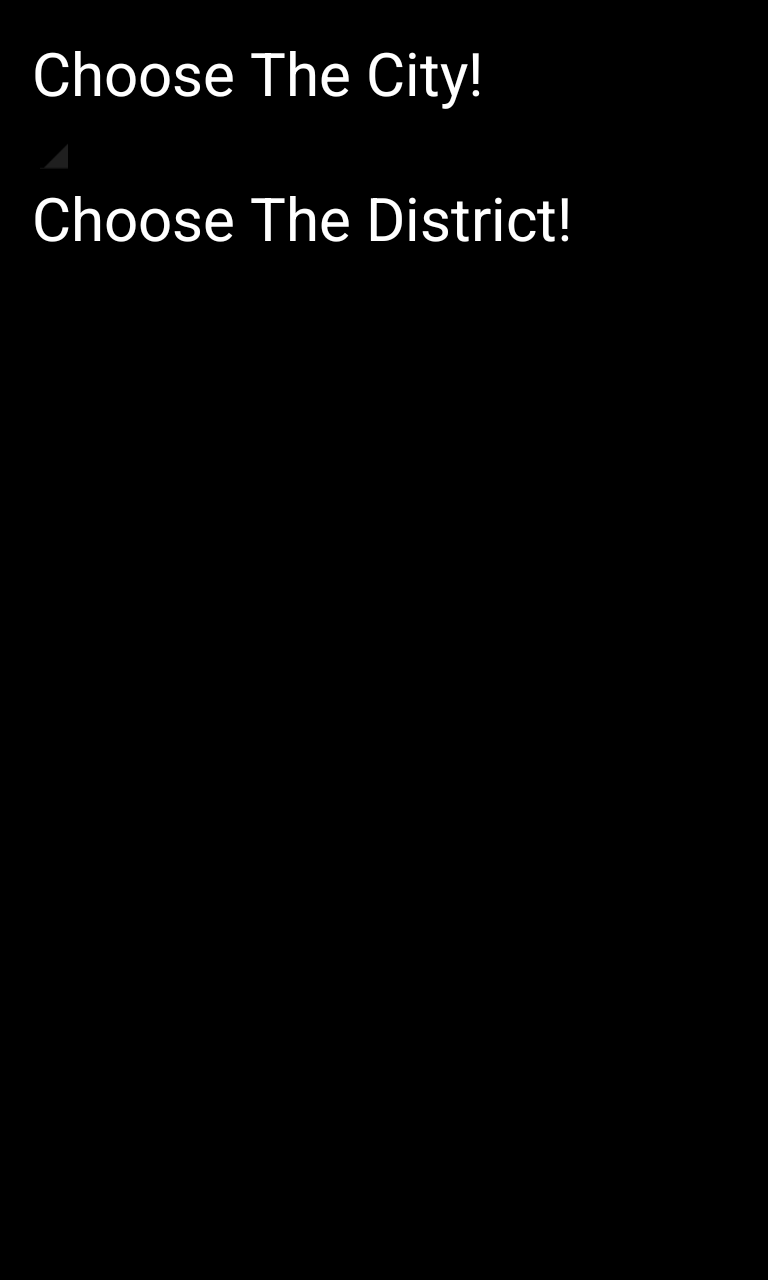
Repository: FreeGeng/2014NCU-Algorithm
Layout: Android_lookForCoffee/res/layout/look_for_coffee_gui.xml
These files come from the project's save history. The layout is drawn as it stood at one moment and after the next save; the edit follows.
It is drawn on a 768 x 1280 px phone screen (xhdpi) without system bars, with theme AppTheme; the app's code is not run.

Above is the layout before, as saved 2014-12-03 12:31:51.

After the next save:
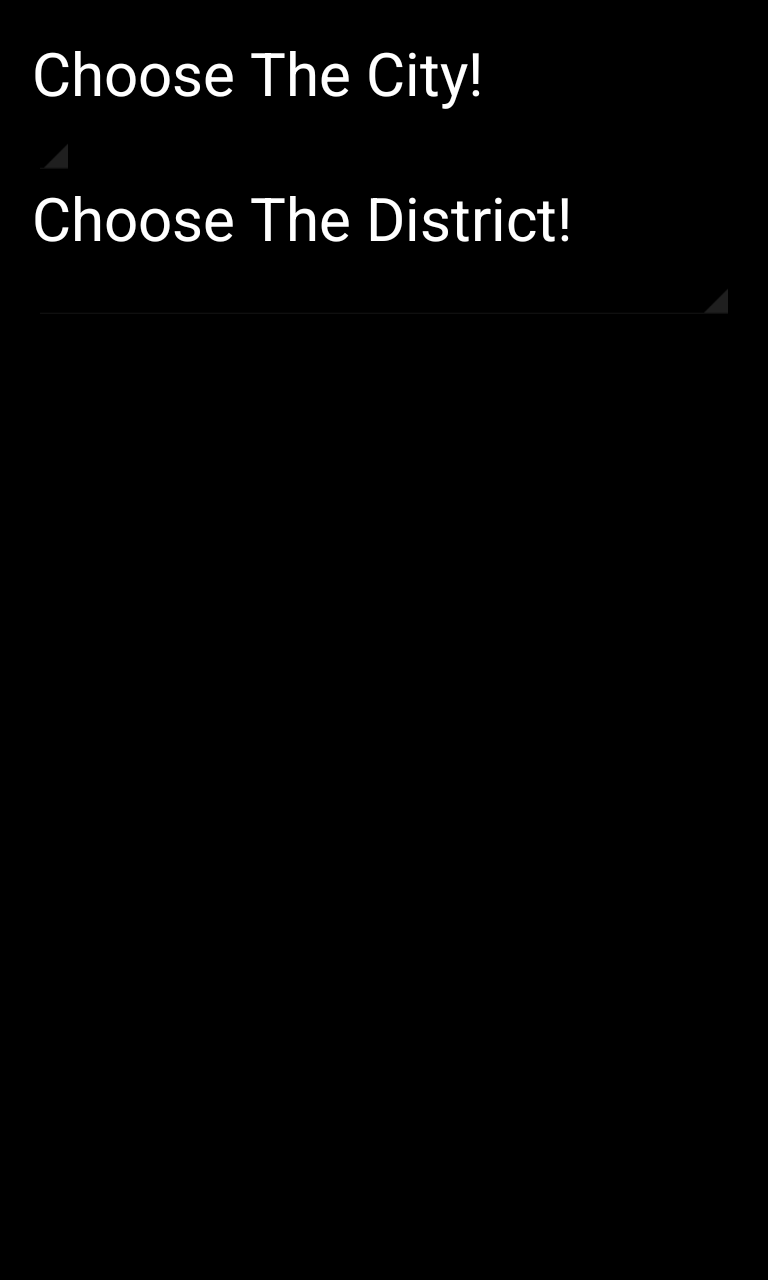
Saved 112 s later.
--- a/Android_lookForCoffee/res/layout/look_for_coffee_gui.xml
+++ b/Android_lookForCoffee/res/layout/look_for_coffee_gui.xml
@@ -32,4 +32,9 @@
         android:textColor="#FFFFFF"
         android:textSize="30dp"/>
 
+    <Spinner
+        android:id="@+id/spinner2"
+        android:layout_width="match_parent"
+        android:layout_height="wrap_content" />
+
 </LinearLayout>
